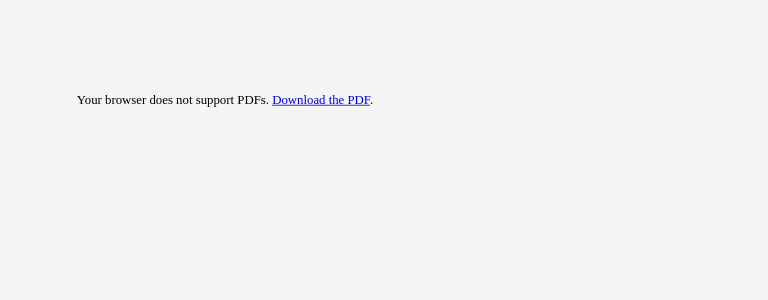
Repository: aaurdanet/Portfolio
Page: cv/resume_index.html
The author's editor kept a copy of each file at every save. The page is drawn from the files as they stood at one save, then again after the next save.
The browser window is 768 px wide. The pictures show the whole page.

Above is the page before, as saved 2024-10-28 00:35:38.

After the next save:
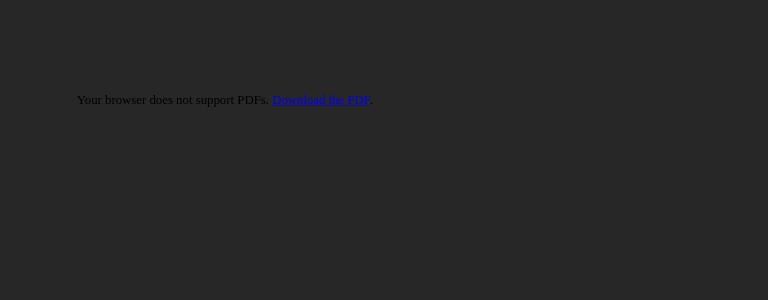
Saved 92 s later.
--- a/cv/resume_index.html
+++ b/cv/resume_index.html
@@ -9,7 +9,7 @@
         html, body {
             height: 100%;
             margin: 0;
-            background-color: #f5f5f5;
+            background-color: #282727;
         }
 
         .pdf-container {
@@ -22,9 +22,7 @@
 
         .pdf-container object {
             width: 100%;
-            height: 100%;
             max-width: 800px;
-            max-height: 90vh;
             border: none;
             transform: scale(1);
             transition: transform 0.5s;
@@ -33,7 +31,6 @@
         @media (max-width: 768px) {
             .pdf-container object {
                 max-width: 100%;
-                max-height: 100vh;
                 transform: scale(0.8);
             }
         }
